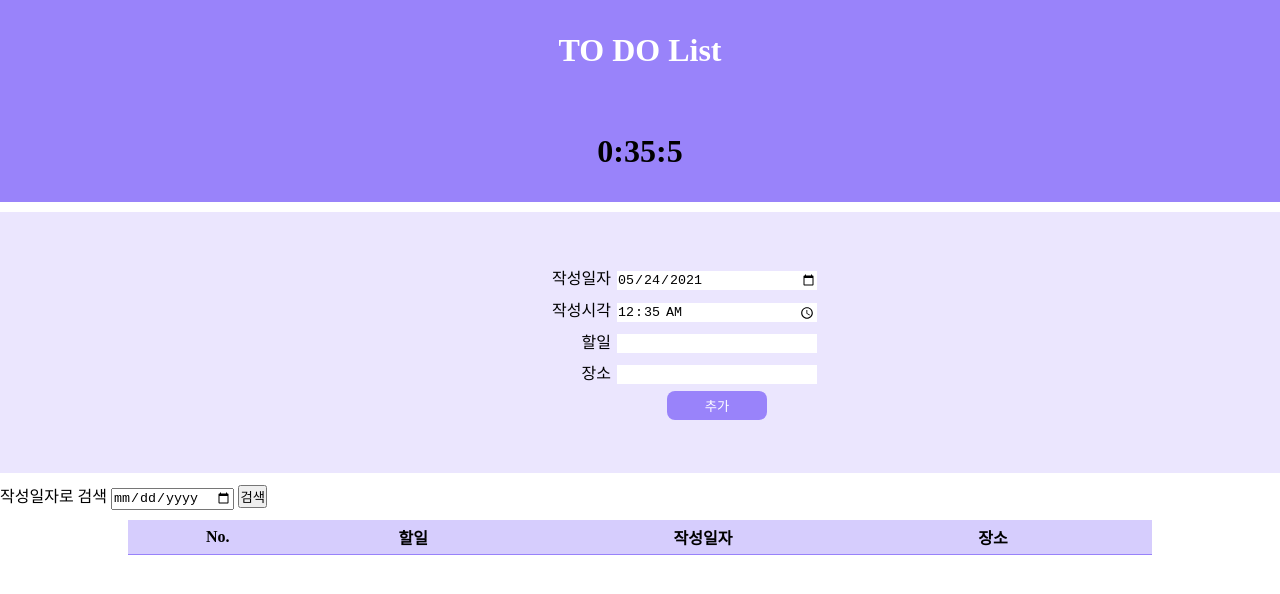
Repository: soyeon-noh/TodoList_Project
Page: http://localhost/Server_PR_TodoList/
These files come from the project's save history. The page is drawn as it stood at one moment and after the next save; the edit follows.
The browser window is 1280 px wide. The pictures show the whole page.
The page is served by Tomcat 9. Queries for data that is not in the repository find no rows.

Above is the page before, as saved 2021-05-25 04:58:59.

After the next save:
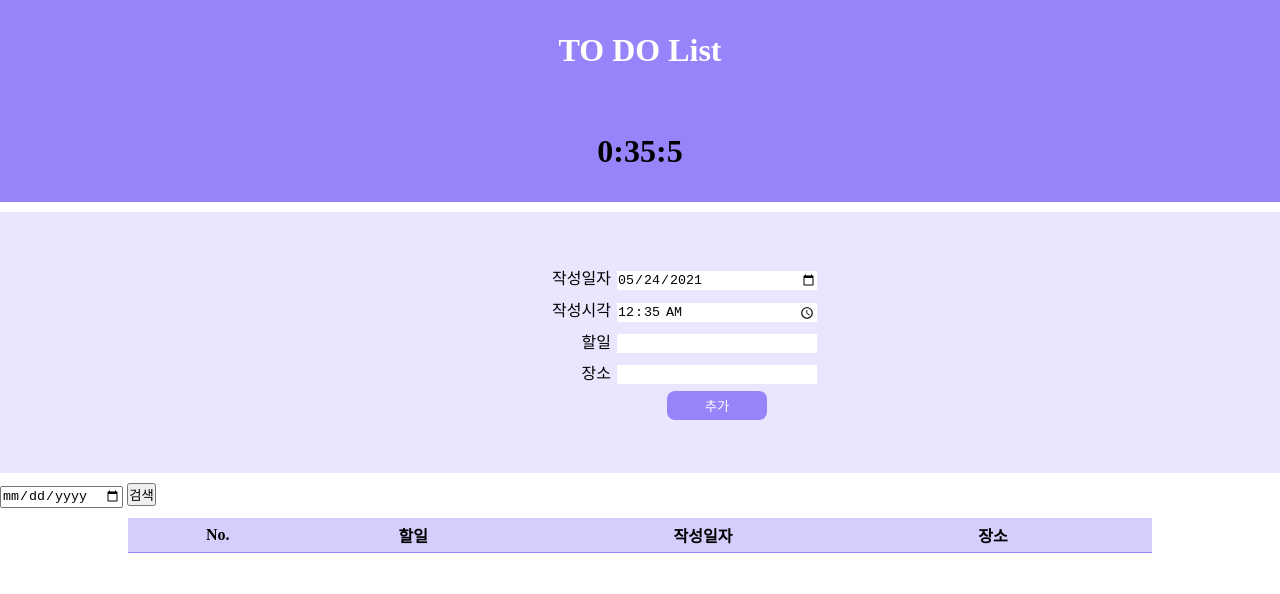
Saved 2 min 38 s later.
--- a/Server_PR_TodoList/src/main/webapp/WEB-INF/views/home.jsp
+++ b/Server_PR_TodoList/src/main/webapp/WEB-INF/views/home.jsp
@@ -50,7 +50,6 @@
     </form>
 
     <div class="select">
-    	<label for="place">작성일자로 검색</label>
     	<input name="td_place" type="date">
     	<button type="button">검색</button>
     </div>
